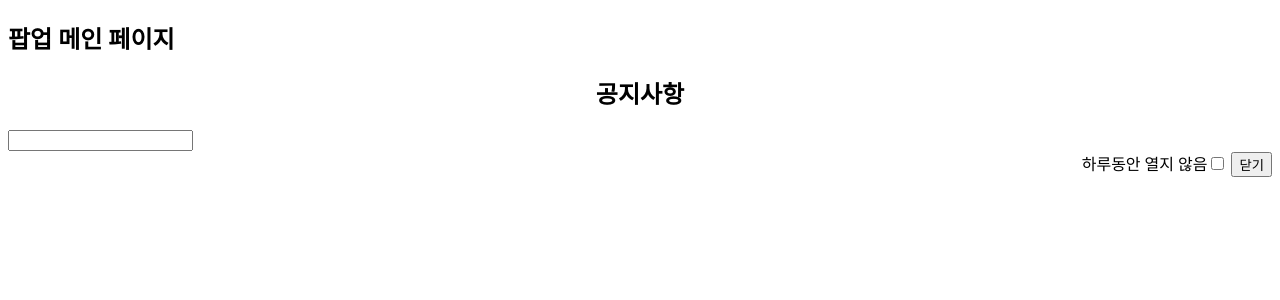
Repository: AHJ2616/Java
Page: http://localhost/board-jsp/04Cookie/PopUpMain_v0.1.jsp
An editor plug-in stored every save of this project. The page is shown before and after the next save, followed by the edit.
The browser window is 1280 px wide. The pictures show the whole page.
The page is served by Tomcat 9. Other server files are loaded and not shown.

Above is the page before, as saved 2024-07-24 01:54:13.

### jsp_workspace/board-jsp/src/main/webapp/04Cookie/PopUpMain_v0.1.jsp
<%@ page language="java" contentType="text/html; charset=UTF-8"
    pageEncoding="UTF-8"%>
<!DOCTYPE html>
<html>
<head>
<meta charset="UTF-8">
<title>PopUpMain_v0.1.jsp : 팝업 만들기</title>
</head>
<body>
<!-- html(웹의 문서), css3(스타일), javascript(기능구현) -->

<style>

</style><!-- CSS3를 적용하는 블럭 : 색,크기,도형 -->
<script>
</script> <!-- 자바스크립트 적용하는 블럭 -->

<h2>팝업 메인 페이지</h2>

<div id="popUp">
<!-- name대신 id를 사용할 수 있다. id는 해당페이지에서 unique값이다. -->
<!-- class로도 지정가능하다. .Clss명으로 호출 가능하다. -->
<!-- #id명으로 호출 가능하다. -->

	<h2 align="center">공지사항</h2><!-- 가운데 정렬 -->
	<input tybe="textarea" />
	<div align="right"><!-- 오른쪽 정령 -->
	<form name="popFrame">
	하루동안 열지 않음<input type="checkbox" id="inactinveToday" value="1" />
	<input type="button" id= "closeButton" value="닫기" />
	</form>

	</div>

</div>

</body>
</html>

After the next save:
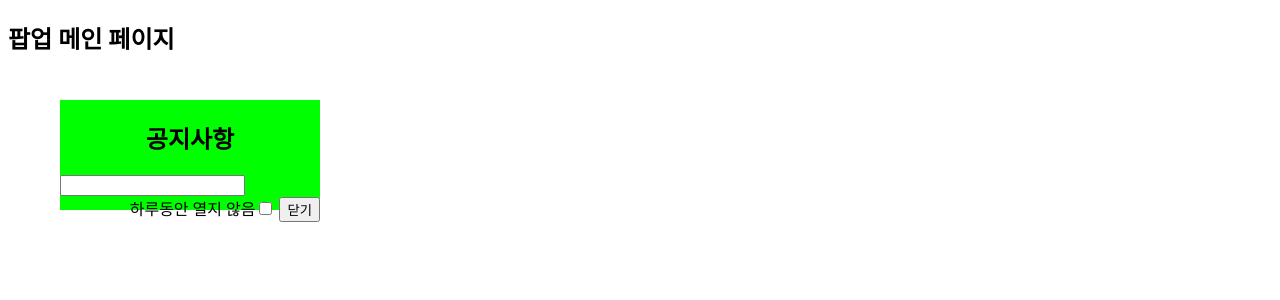
Saved 9 min 24 s later.
--- a/jsp_workspace/board-jsp/src/main/webapp/04Cookie/PopUpMain_v0.1.jsp
+++ b/jsp_workspace/board-jsp/src/main/webapp/04Cookie/PopUpMain_v0.1.jsp
@@ -10,7 +10,13 @@
 <!-- html(웹의 문서), css3(스타일), javascript(기능구현) -->
 
 <style>
+div#popUp{
+position: absolute; top: 100px;/* 위에서 100픽셀 내려와라 */
+left: 60px; color: black; width: 260px; height: 110px; background-color: lime;
+}
+div#popUp>div{
 
+}
 </style><!-- CSS3를 적용하는 블럭 : 색,크기,도형 -->
 <script>
 </script> <!-- 자바스크립트 적용하는 블럭 -->
@@ -26,7 +32,7 @@
 	<input tybe="textarea" />
 	<div align="right"><!-- 오른쪽 정령 -->
 	<form name="popFrame">
-	하루동안 열지 않음<input type="checkbox" id="inactinveToday" value="1" />
+	하루동안 열지 않음<input type="checkbox" id="inactiveToday" value="1" />
 	<input type="button" id= "closeButton" value="닫기" />
 	</form>
 
